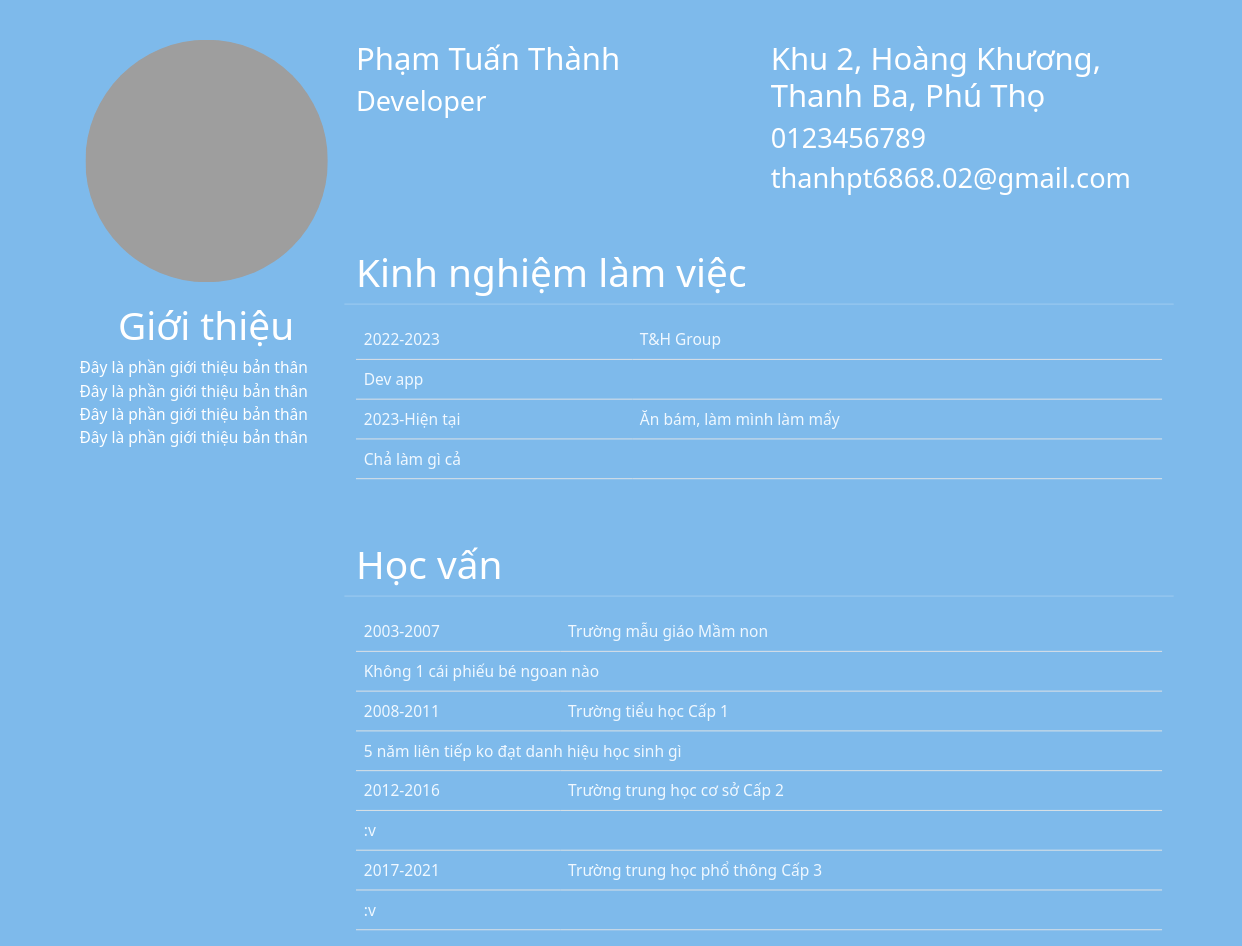
Repository: thanhp6868/ltWeb
Page: 2709/cv/index.html
An editor plug-in stored every save of this project. The page is shown before and after the next save, followed by the edit.
The browser window is 1280 px wide. The pictures show the whole page, at 97% of full size.
Pictures or frames that could not be fetched are drawn as grey boxes.

Above is the page before, as saved 2023-10-04 10:32:09.

### 2709/cv/index.html
<!DOCTYPE html>
<html lang="en">
    <head>
        <meta charset="UTF-8">
        <title>CV</title>
        <link href="https://cdn.jsdelivr.net/npm/bootstrap@5.2.3/dist/css/bootstrap.min.css" rel="stylesheet" integrity="sha384-rbsA2VBKQhggwzxH7pPCaAqO46MgnOM80zW1RWuH61DGLwZJEdK2Kadq2F9CUG65" crossorigin="anonymous">
        <link rel="stylesheet" href="css/style.css">
    </head>
    <body>
        <div class="container">
            <div class="row ">
                <div class="col-3 ">
                    <div class="mt-3 d-flex flex-column justify-content-end">
                        <div class="text-center">
                            <img src="https://scontent-hkt1-1.xx.fbcdn.net/v/t39.30808-6/368152168_1027483558408685_4884208341512568539_n.jpg?_nc_cat=110&ccb=1-7&_nc_sid=a2f6c7&_nc_ohc=x9frcpFBypEAX9qx_tF&_nc_ht=scontent-hkt1-1.xx&oh=00_AfBcGA7hWOIQUyjHdLAxqD0b1kjiprWE1zAAVlpN1su4Ag&oe=65204F32" class="avatar" alt="Foto de perfil" >
                        </div>
                    </div>
                    <div class="row">
                        <Center><h1>Giới thiệu</h1></Center>
                        <p>
                           Đây là phần giới thiệu bản thân  Đây là phần giới thiệu bản thân   Đây là phần giới thiệu bản thân   Đây là phần giới thiệu bản thân
                        </p>
                    </div>
                </div>
                <div class="col-9">
                    <div class="row">
                        <div class="col-6">
                            <div class="mt-3">
                                <h2>Phạm Tuấn Thành</h2>
                                <h3>Developer</h3>
                            </div>
                        </div>
                        <div class="col-6">
                            <div class="mt-3">
                                <h2>Khu 2, Hoàng Khương, Thanh Ba, Phú Thọ</h2>
                                <h3>0123456789</h3>
                                <h3>thanhpt6868.02@gmail.com</h3>
                            </div>
                        </div>
                    </div>
                    <div class="row mt-5">
                        <h1>Kinh nghiệm làm việc</h1>
                        <hr>
                        <div class="col-12">
                            <table class="table">
                                <tbody style="color: aliceblue;">
                                    <tr>
                                        <td>2022-2023</td>
                                        <td>T&H Group</td>
                                    </tr>
                                    <tr>
                                        <td colspan="2">Dev app</td>
                                    </tr>
                                    <tr>
                                        <td>2023-Hiện tại</td>
                                        <td>Ăn bám, làm mình làm mẩy</td>
                                    </tr>
                                    <tr>
                                        <td colspan="2">Chả làm gì cả</td>
                                    </tr>
                                </tbody>
                            </table>
                        </div>
                    </div>
                    <div class="row mt-5">
                        <h1>Học vấn</h1>
                        <hr>
                        <div class="col-12">
                            <table class="table">
                                <tbody style="color: aliceblue;">
                                    <tr>
                                        <td>2003-2007</td>
                                        <td>Trường mẫu giáo Mầm non</td>
                                    </tr>
                                    <tr>
                                        <td colspan="2">Không 1 cái phiếu bé ngoan nào</td>
                                    </tr>
                                    <tr>
                                        <td>2008-2011</td>
                                        <td>Trường tiểu học Cấp 1</td>
                                    </tr>
                                    <tr>
                                        <td colspan="2">5 năm liên tiếp ko đạt danh hiệu học sinh gì</td>
                                    </tr>
                                    <tr>
                                        <td>2012-2016</td>
                                        <td>Trường trung học cơ sở Cấp 2</td>
                                    </tr>
                                    <tr>
                                        <td colspan="2">:v </td>
                                    </tr>
                                    <tr>
                                        <td>2017-2021</td>
                                        <td>Trường trung học phổ thông Cấp 3</td>
                                    </tr>
                                    <tr>
                                        <td colspan="2">:v </td>
                                    </tr>
                                </tbody>
                            </table>
                        </div>
                    </div>
                </div>
            </div>
        </div>
    </body>
    <script src="https://cdn.jsdelivr.net/npm/@popperjs/core@2.11.6/dist/umd/popper.min.js" integrity="sha384-oBqDVmMz9ATKxIep9tiCxS/Z9fNfEXiDAYTujMAeBAsjFuCZSmKbSSUnQlmh/jp3" crossorigin="anonymous"></script>
    <script src="https://cdn.jsdelivr.net/npm/bootstrap@5.2.3/dist/js/bootstrap.min.js" integrity="sha384-cuYeSxntonz0PPNlHhBs68uyIAVpIIOZZ5JqeqvYYIcEL727kskC66kF92t6Xl2V" crossorigin="anonymous"></script>
</html>

### 2709/cv/css/style.css
body{
    background-color: #7ebaeb ;
    padding-top: 25px;
    color: rgb(255, 255, 255);
}
.avatar{
    width: 250px;
    height: 250px;
    border-radius: 50%;
    margin-bottom: 20px;
}

After the next save:
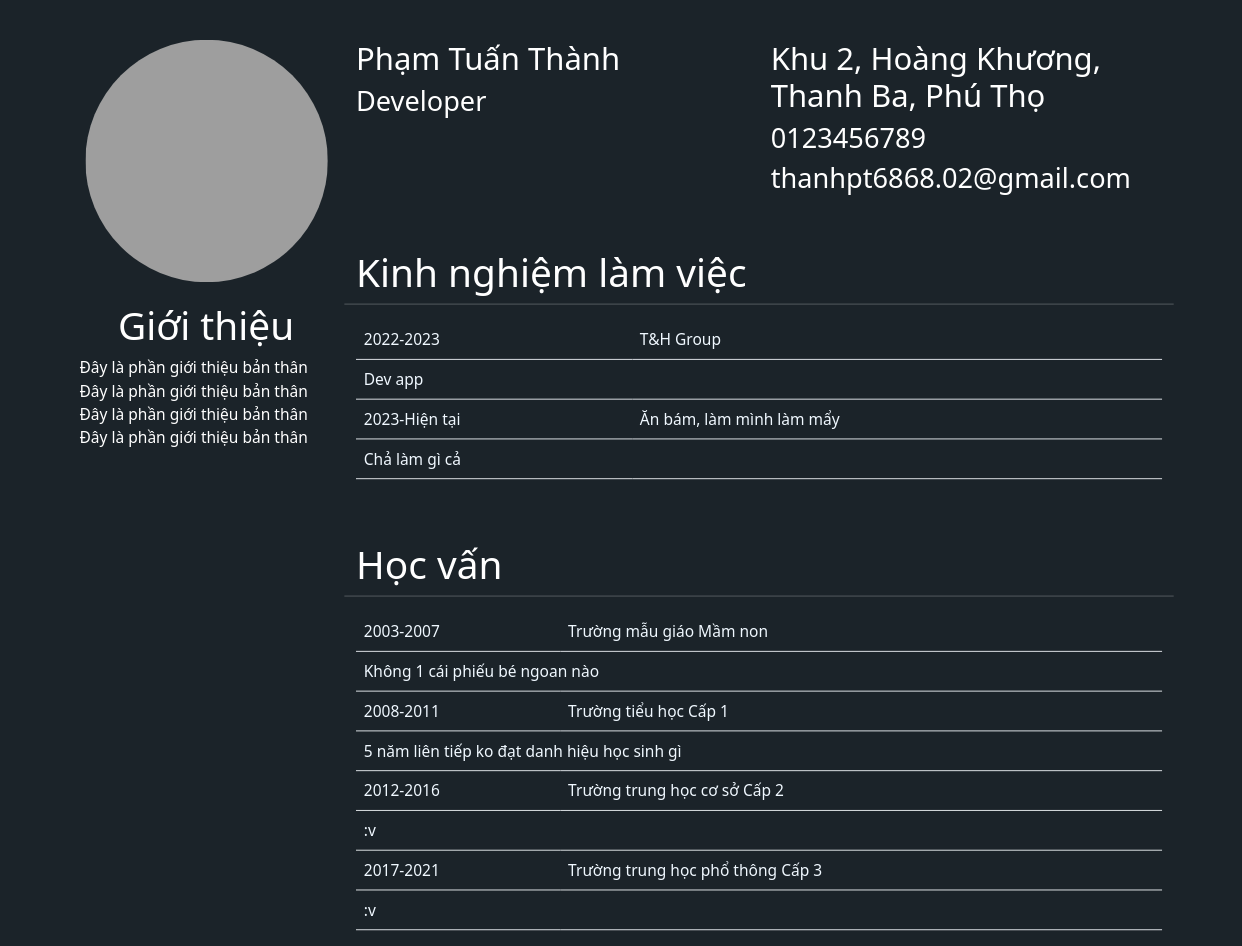
Saved 1 s later.
--- a/2709/cv/css/style.css
+++ b/2709/cv/css/style.css
@@ -1,5 +1,5 @@
 body{
-    background-color: #7ebaeb ;
+    background-color: #1B2329;
     padding-top: 25px;
     color: rgb(255, 255, 255);
 }
